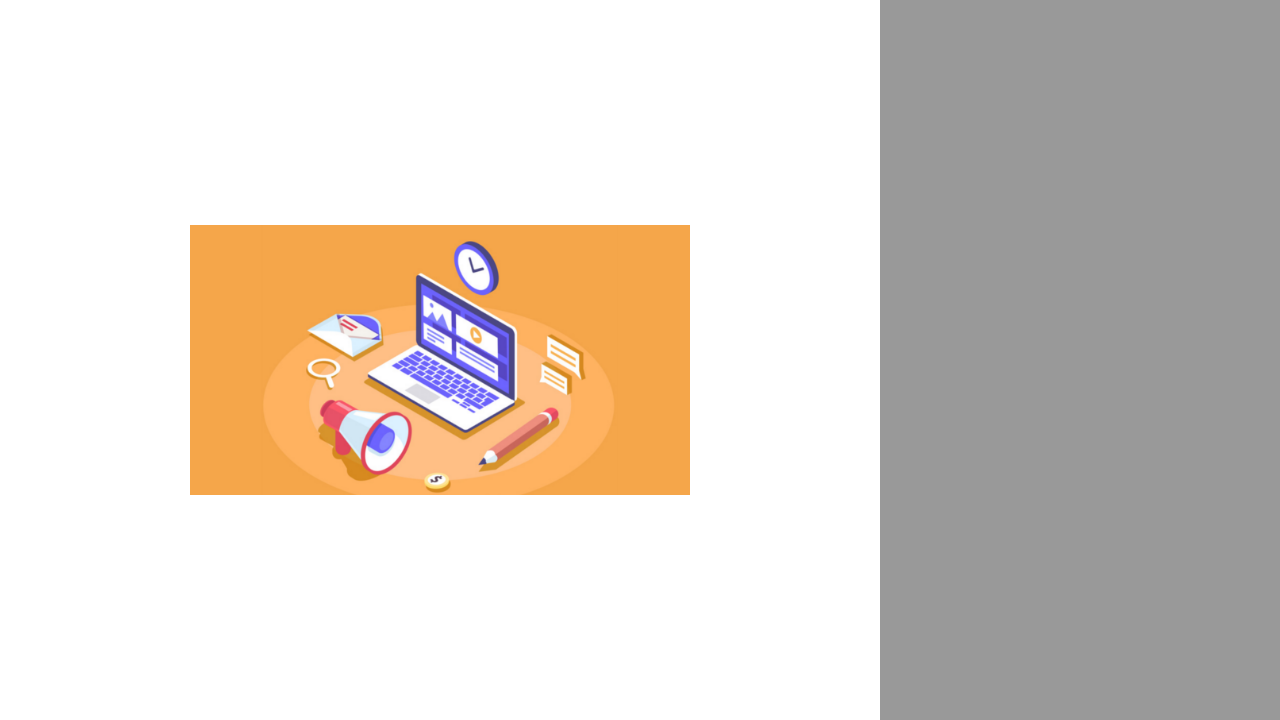
Repository: rafavirginio/tela-de-login
Page: index.html
An editor plug-in stored every save of this project. The page is shown before and after the next save, followed by the edit.
The browser window is 1280 px wide. The pictures show the whole page.

Above is the page before, as saved 2020-09-14 23:13:42.

After the next save:
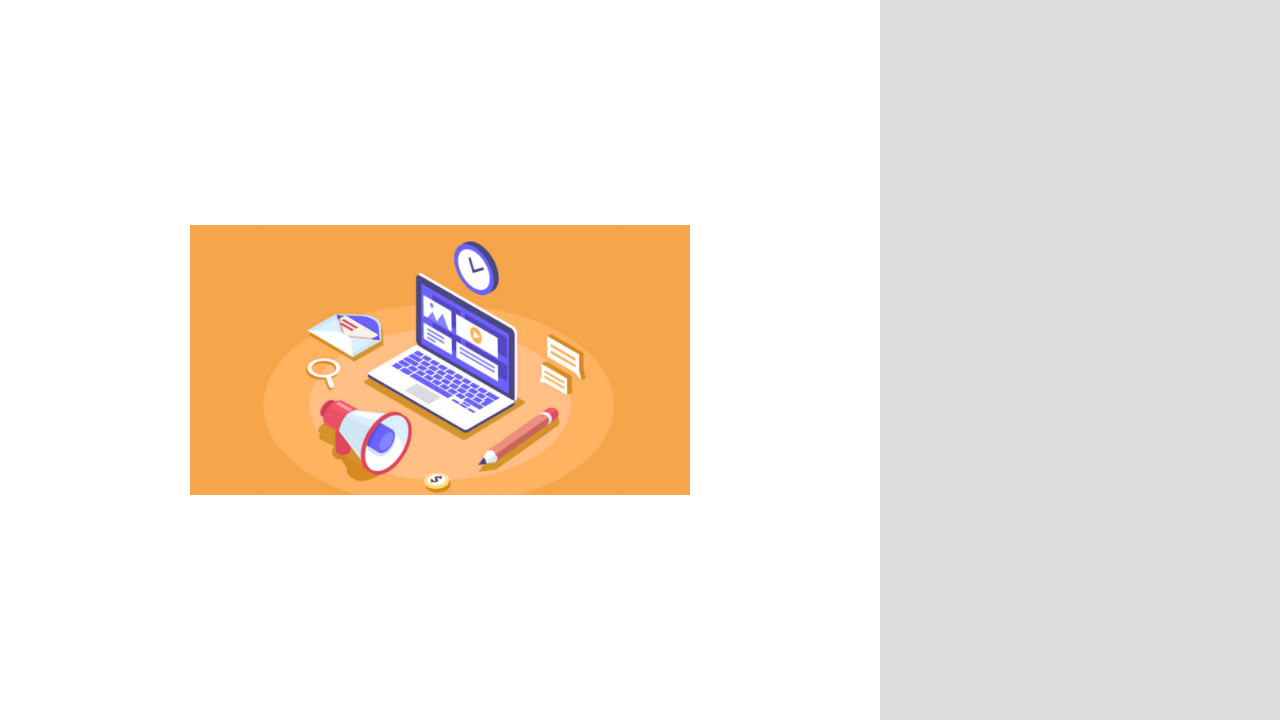
Saved 66 s later.
--- a/style.css
+++ b/style.css
@@ -21,5 +21,5 @@
 
 .rightside {
     width: 400px;
-    background-color: #999;
+    background-color: #DDD;
 }
